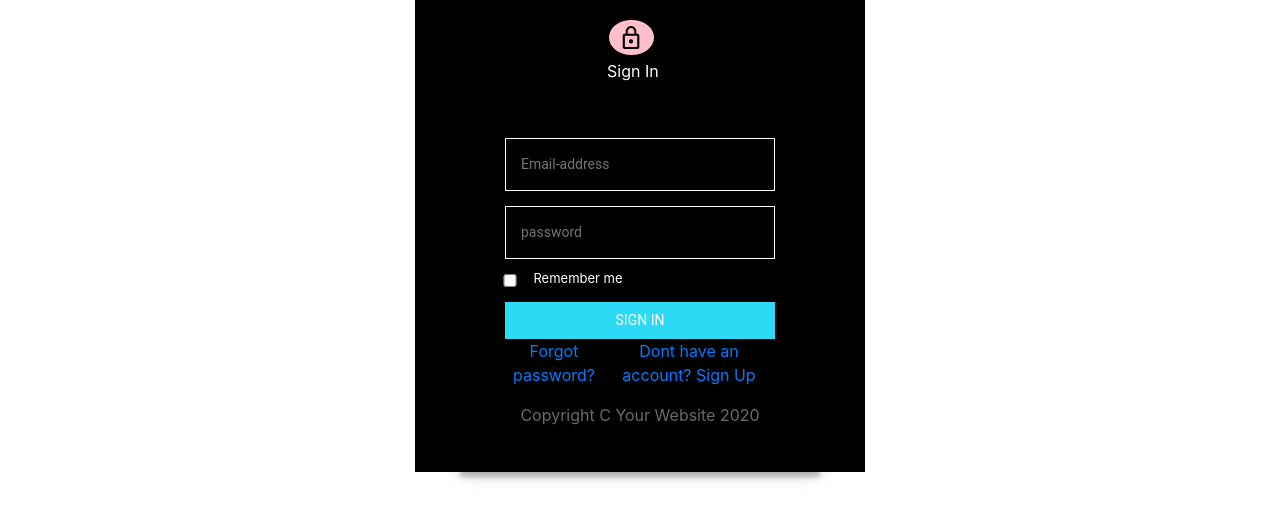
Repository: andbilous/cursor-styled-components
Page: /sign-in
These files come from the project's save history. The page is drawn as it stood at one moment and after a run of saves; the edit follows.
The browser window is 1280 px wide. The pictures show the whole page.
The project was rebuilt for these pictures with package versions that can differ from the ones it lists, and the page was loaded fresh each time. Also part of the build but not shown: src/App.css, src/components/SignUpForm.jsx.

Above is the page before, as saved 2020-04-19 16:32:45.

After the next 5 saves:
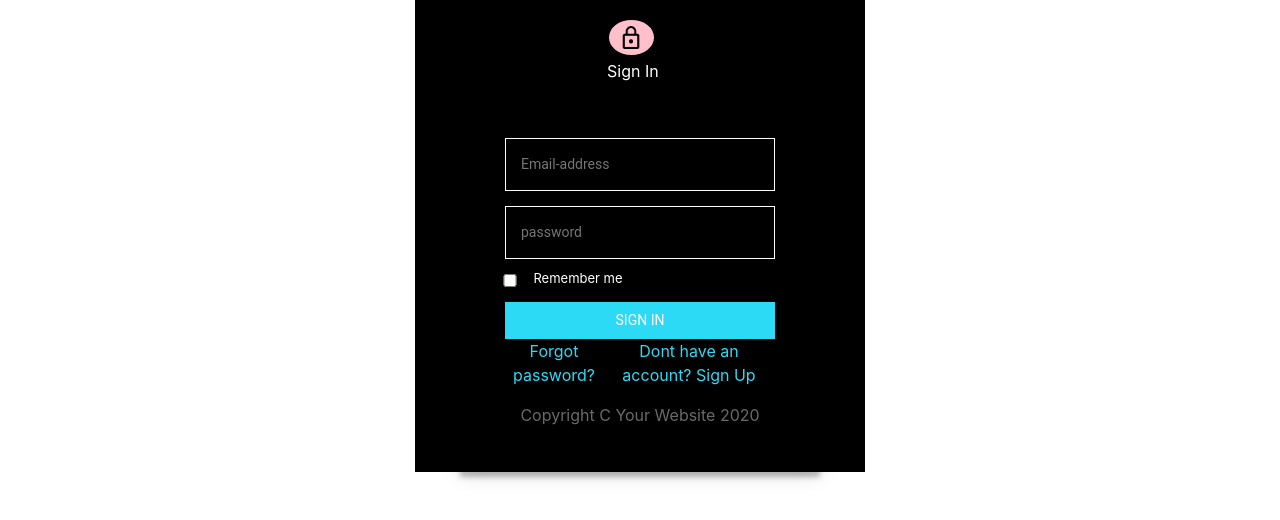
The 5 saves are shown as one change because they came seconds apart.
The last was saved 51 s later.
--- a/src/components/SignInForm.jsx
+++ b/src/components/SignInForm.jsx
@@ -111,6 +111,9 @@ color:#fff;
 .additional{
  color: #2cdaf5;
 }
+.additional a{
+  color: #2cdaf5;
+ }
 .img-container{
   background: pink;
   border-radius: 50%;
